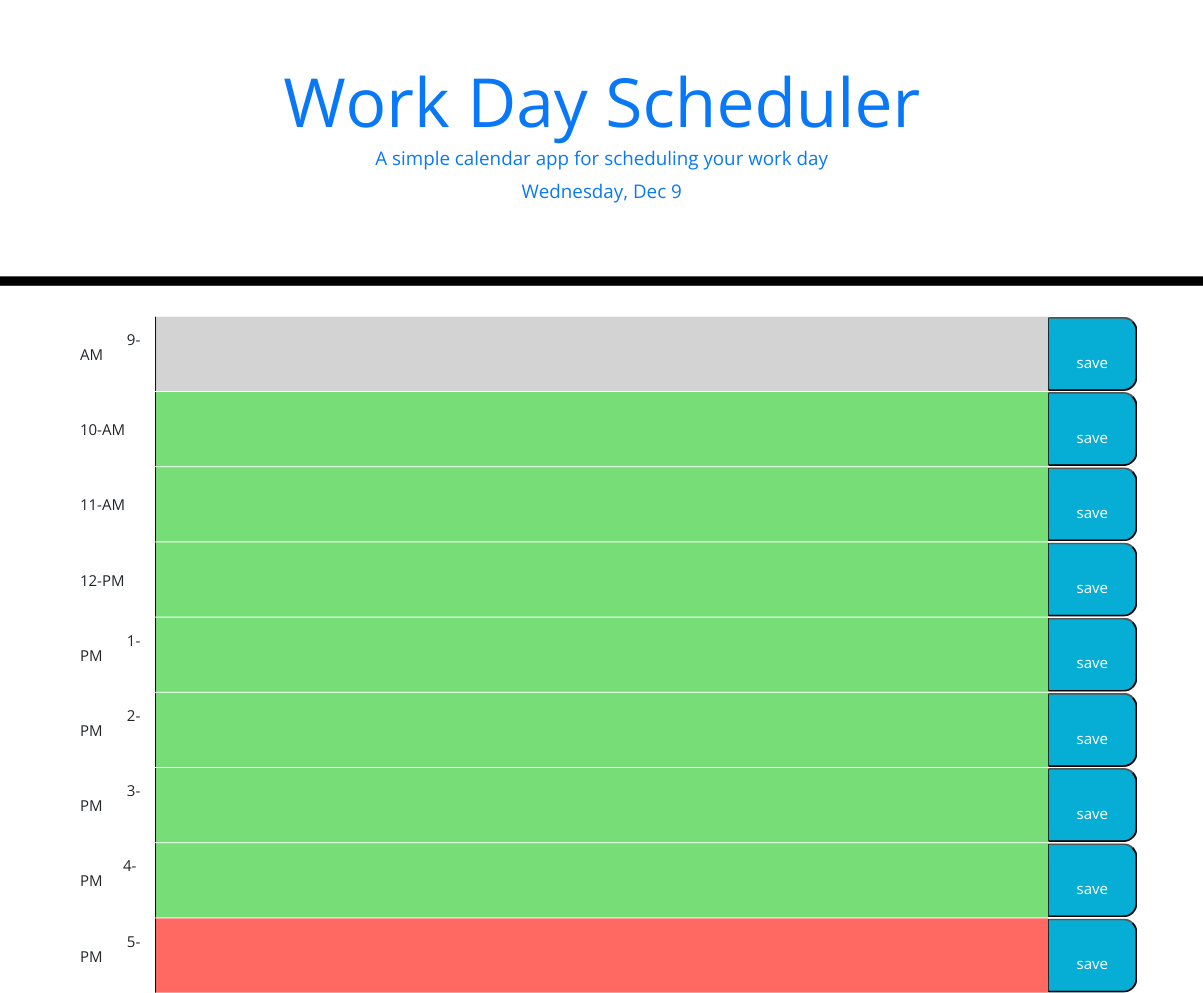
Repository: Mf948/DailyPlannerJS
Page: Develop/index.html
The author's editor kept a copy of each file at every save. The page is drawn from the files as they stood at one save, then again after a run of saves.
The browser window is 1280 px wide. The pictures show the whole page, at 94% of full size.
Some web libraries are served in a nearby version.

Above is the page before, as saved 2020-12-10 09:15:27.

After the next 3 saves:
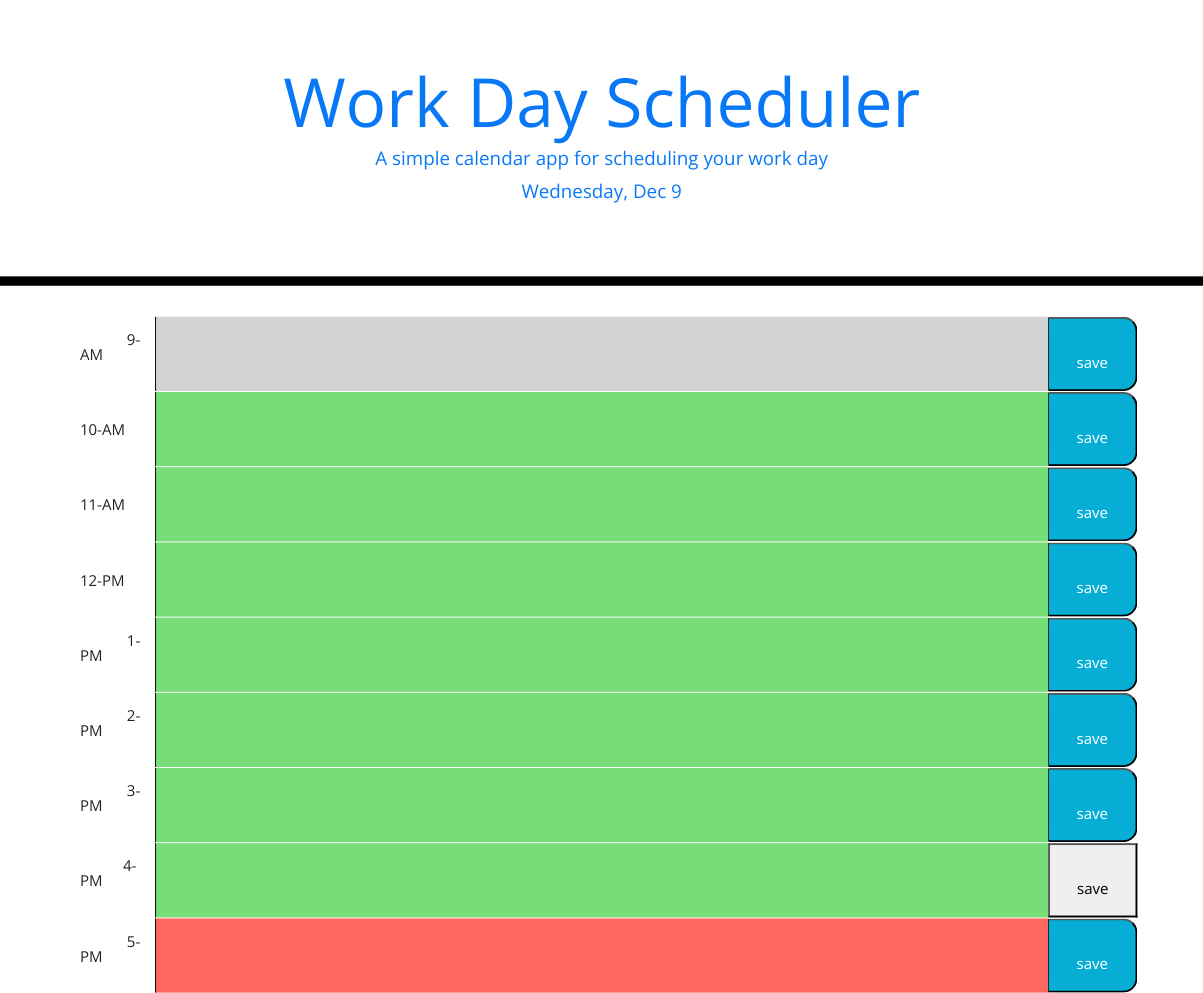
The 3 saves are shown as one change because they came seconds apart.
The last was saved 31 s later.
--- a/Develop/index.html
+++ b/Develop/index.html
@@ -115,7 +115,7 @@
           <textarea class="col-10" id=4>
 
           </textarea>
-          <button class="col-1 saveBtn">
+          <button class="col-1" id= saveBtn">
           save
           </button>
         </div>
